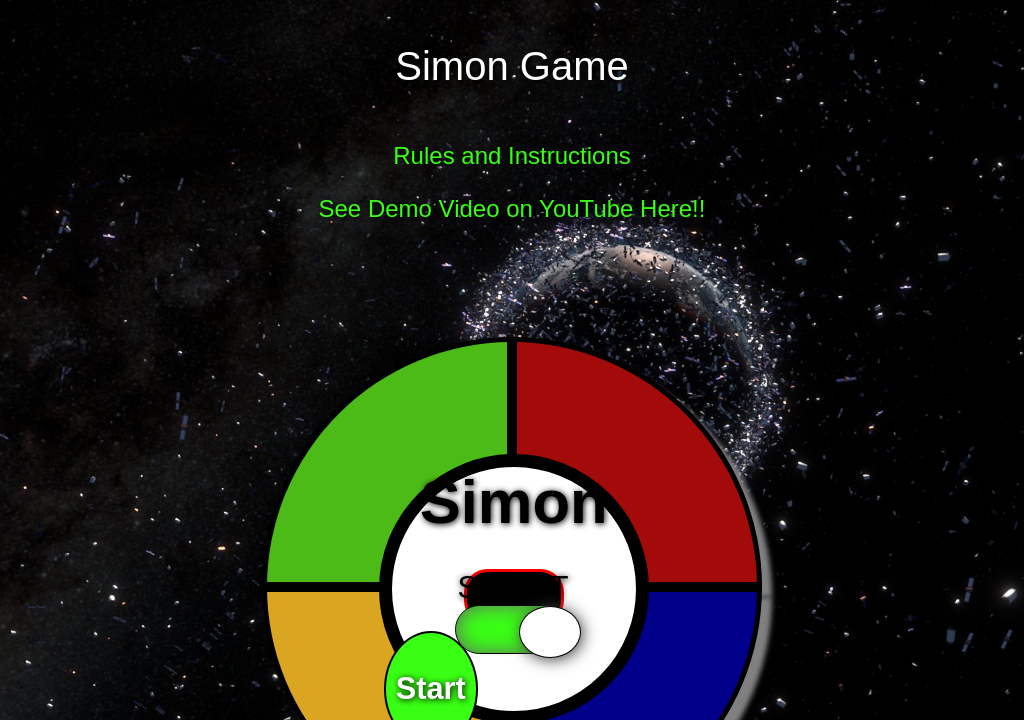
Repository: cgaynor91/Simon-Memory-Game
Page: index.html
The author's editor kept a record of every edit. The page is drawn from the files as they stood at one moment, then again after the next edit.
The browser window is 1024 px wide. The pictures show the whole page.
An inner scrolling area shows only its first screen. Some web fonts or font styles are not loaded; a fallback is used.

Above is the page before.

After the next edit:
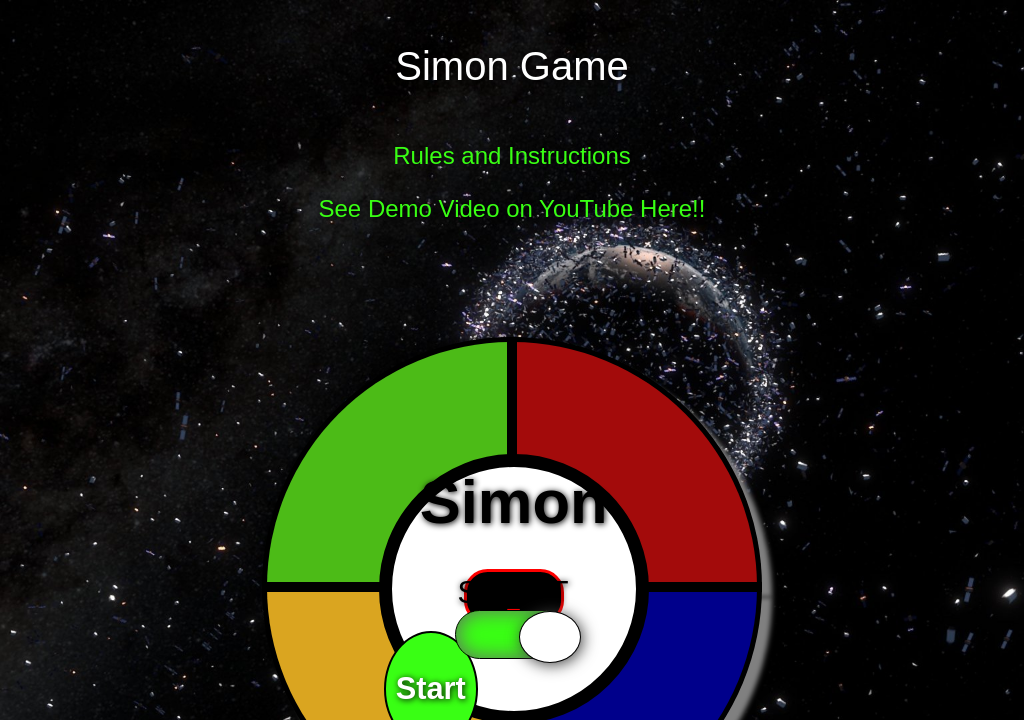
The edit:
--- a/assets/css/style.css
+++ b/assets/css/style.css
@@ -378,7 +378,7 @@
 
   .container.strict {
     bottom: 2vw;
-    height: 10vw;
+    height: 9.5vw;
     width: 15vw;
     margin-right: 5vw;
     font-size: 3vw;
